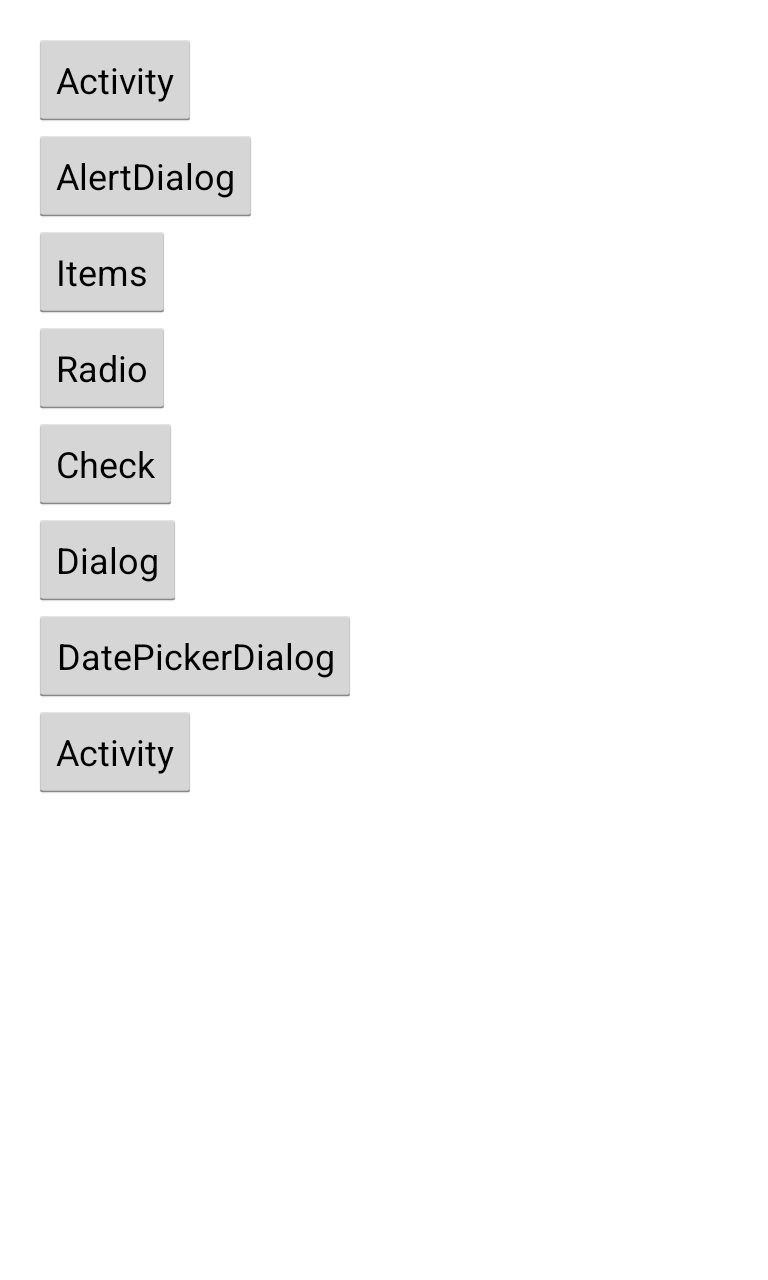
Repository: felipemfp/android-workspace
Layout: Aula05/res/layout/activity_main.xml
The author's editor kept a copy of each file at every save. The layout is drawn from the files as they stood at one save, then again after the next save.
It is drawn on a 768 x 1280 px phone screen (xhdpi) without system bars, with theme AppTheme; the app's code is not run.

Above is the layout before, as saved 2015-12-15 11:54:50.

### Aula05/res/layout/activity_main.xml
<LinearLayout xmlns:android="http://schemas.android.com/apk/res/android"
    xmlns:tools="http://schemas.android.com/tools"
    android:layout_width="match_parent"
    android:layout_height="match_parent"
    android:orientation="vertical"
    android:paddingBottom="@dimen/activity_vertical_margin"
    android:paddingLeft="@dimen/activity_horizontal_margin"
    android:paddingRight="@dimen/activity_horizontal_margin"
    android:paddingTop="@dimen/activity_vertical_margin"
    tools:context=".MainActivity" >

   	<Button
   	    android:layout_width="wrap_content"
   	    android:layout_height="wrap_content"
   	    android:text="Activity"
   	   	android:id="@+id/btnActivity"/>


   	<Button
   	    android:layout_width="wrap_content"
   	    android:layout_height="wrap_content"
   	    android:text="AlertDialog"
   	   	android:id="@+id/btnDialog1"/>


   	<Button
   	    android:layout_width="wrap_content"
   	    android:layout_height="wrap_content"
   	    android:text="Items"
   	   	android:id="@+id/btnDialog2"/>

   	<Button
   	    android:layout_width="wrap_content"
   	    android:layout_height="wrap_content"
   	    android:text="Radio"
   	   	android:id="@+id/btnDialog3"/>

   	<Button
   	    android:layout_width="wrap_content"
   	    android:layout_height="wrap_content"
   	    android:text="Check"
   	   	android:id="@+id/btnDialog4"/>

   	<Button
   	    android:layout_width="wrap_content"
   	    android:layout_height="wrap_content"
   	    android:text="Dialog"
   	   	android:id="@+id/btnDialog5"/>

   	<Button
   	    android:layout_width="wrap_content"
   	    android:layout_height="wrap_content"
   	    android:text="DatePickerDialog"
   	   	android:id="@+id/btnDialog6"/>


   	<Button
   	    android:layout_width="wrap_content"
   	    android:layout_height="wrap_content"
   	    android:text="Activity"
   	   	android:id="@+id/btnDialog7"/>

</LinearLayout>

Loaded but not shown: Aula05/res/values/styles.xml (common file); Aula05/res/values-v11/styles.xml (common file); Aula05/res/values-v14/styles.xml (common file); Aula05/res/values/dimens.xml (common file)

After the next save:
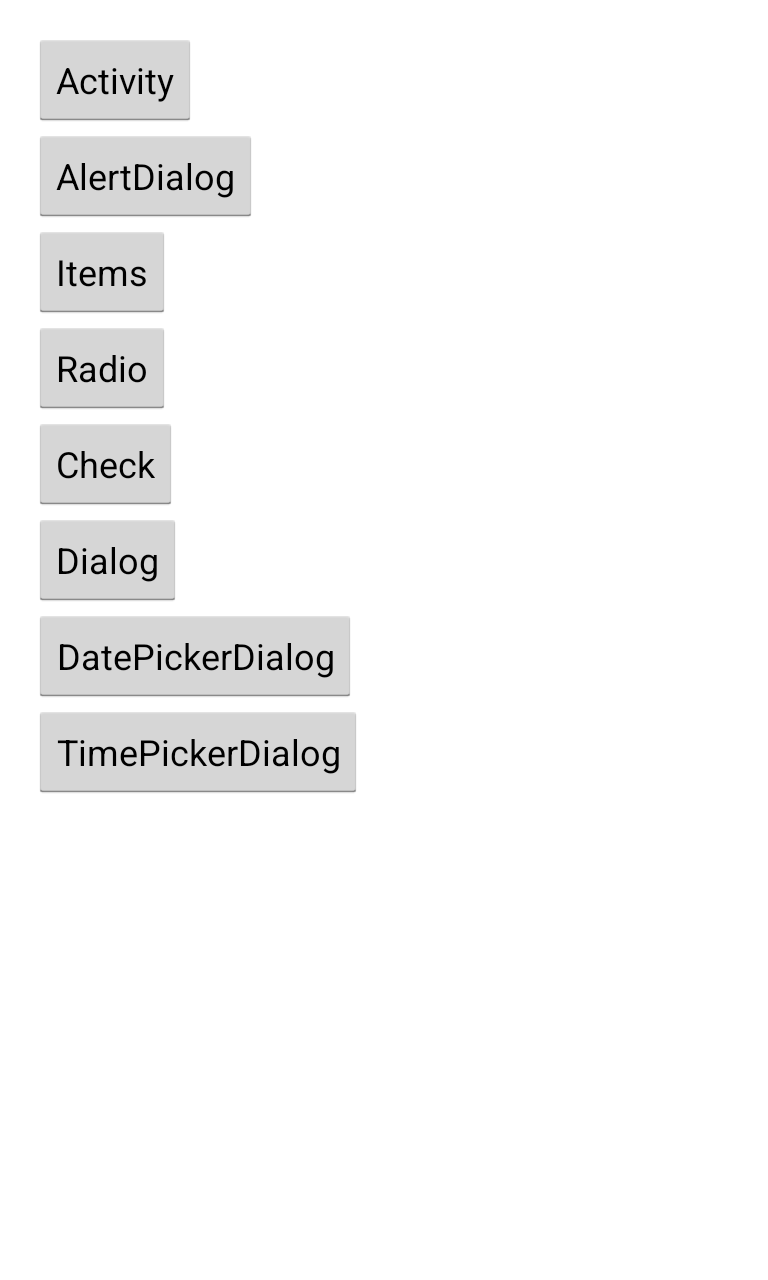
Saved 12 s later.
--- a/Aula05/res/layout/activity_main.xml
+++ b/Aula05/res/layout/activity_main.xml
@@ -57,7 +57,7 @@
    	<Button
    	    android:layout_width="wrap_content"
    	    android:layout_height="wrap_content"
-   	    android:text="Activity"
+   	    android:text="TimePickerDialog"
    	   	android:id="@+id/btnDialog7"/>
 
 </LinearLayout>
